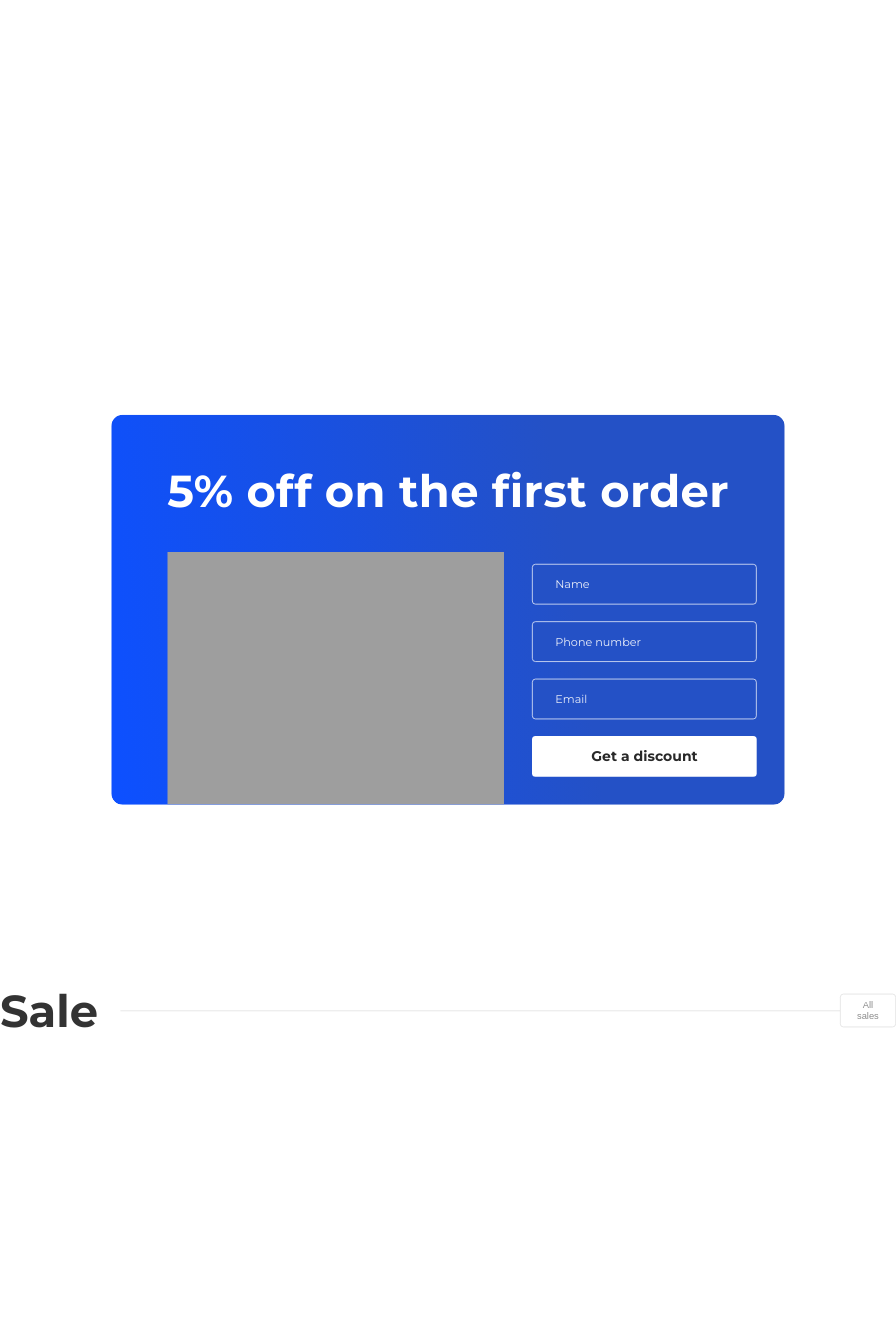
Repository: jursylian/PET-INTERNET-SHOP-PROJECT
Page: /
These files come from the project's save history. The page is drawn as it stood at one moment and after the next save; the edit follows.
The browser window is 1280 px wide. The pictures show the part of the page from y = 942 to 2862 px (the page is 3881 px tall), at 70% of full size.
Pictures or frames that could not be fetched are drawn as grey boxes. The page's requests for data from a server got no answer. The project was rebuilt for these pictures with package versions that can differ from the ones it lists, and the page was loaded fresh each time. No one was signed in, and anything a server would have sent is missing. Also part of the build but not shown: vite.config.js, src/pages/CategoriesAll/CategoriesAll.module.css, src/layouts/PageSection/PageSection.module.css, src/layouts/PageSection/PageSection.jsx, src/pages/CategoriesAll/CategoriesAll.jsx, src/redux/productsSelectors.js, src/components/ProductFilter/ProductFilter.module.css, src/components/ProductFilter/ProductFilter.jsx and 22 more.

Above is the page before, as saved 2025-11-06 18:19:42.

### index.html
<!DOCTYPE html>
<html lang="en">
  <head>
    <meta charset="UTF-8" />
    <link rel="icon" type="image/svg+xml" href="/vite.svg" />
    <link
      href="https://fonts.googleapis.com/css2?family=Montserrat:wght@400;500;700&display=swap"
      rel="stylesheet"
    />

    <meta name="viewport" content="width=device-width, initial-scale=1.0" />
    <title>pet-internet-shop-project</title>
  </head>
  <body>
    <div id="root"></div>
    <script type="module" src="/src/main.jsx"></script>
  </body>
</html>

### src/main.jsx
import React from "react";
import ReactDOM from "react-dom/client";
import App from "./App";
import { Provider } from "react-redux";
import store from "./redux/store";
import { BrowserRouter } from "react-router-dom";
import "./index.css";

ReactDOM.createRoot(document.getElementById("root")).render(
  <BrowserRouter>
    <Provider store={store}>
      <App />
    </Provider>
  </BrowserRouter>
);

### src/App.jsx
import "./App.css";
import AppRouter from "./router/AppRouter";

function App() {
  return (
    <>
      <AppRouter />
    </>
  );
}

export default App;

### src/index.css
* {
  margin: 0;
  padding: 0;
  box-sizing: border-box;
}

body {
  font-family: "Montserrat";
  font-size: 16px;
  line-height: 1.5;
  color: #333;
}

.text-decoration-none {
  text-decoration: none;
}

### src/router/AppRouter.jsx
import { Routes, Route } from "react-router-dom";
import MainLayout from "../layouts/MainLayout/MainLayout";

import Home from "../pages/Home/Home";
import CategoriesAll from "../pages/CategoriesAll/CategoriesAll";
import AllProducts from "../pages/AllProducts/AllProducts";
import ProductDescription from "../pages/ProductDescription/ProductDescription";
import Cart from "../pages/Cart/Cart";
import NotFound from "../pages/NotFound/NotFound";
import AllSales from "../pages/AllSales/AllSales";
import CategoryPage from "../pages/CategoryPage/CategoryPage";

function AppRouter() {
  return (
    <Routes>
      <Route element={<MainLayout />}>
        <Route path="/" element={<Home />} />
        <Route path="/categories" element={<CategoriesAll />} />
        <Route path="/categories/:categoryId" element={<CategoryPage />} />
        <Route path="/discounts" element={<AllSales />} />
        <Route path="/products" element={<AllProducts />} />
        <Route path="/product/:productId" element={<ProductDescription />} />
        <Route path="/cart" element={<Cart />} />
        <Route path="*" element={<NotFound />} />
      </Route>
    </Routes>
  );
}

export default AppRouter;

### src/layouts/MainLayout/MainLayout.jsx
import { Outlet } from "react-router-dom";
import Header from "../Header/Header";
import Footer from "../Footer/Footer";

export default function MainLayout() {
  return (
    <>
      <Header />
      <main className="container mx-auto p-4 min-h-[80vh]">
        <Outlet />
      </main>
      <Footer />
    </>
  );
}

### src/pages/Home/Home.jsx
import Categories from "../../components/Categories/Categories";
import PromoBanner from "../../components/PromoBanner/PromoBanner";
import DiscountForm from "../../components/DiscountForm/DiscountForm";
import Sales from "../../components/Sales/Sales";
import styles from "./Home.module.css";

function Home() {
  return (
    <main className={styles.wrapper}>
      <PromoBanner />
      <Categories />
      <DiscountForm />
      <Sales />
    </main>
  );
}

export default Home;

### src/layouts/Header/Header.jsx
import { Link, NavLink, useLocation } from "react-router-dom";
import { useSelector } from "react-redux";
import styles from "./Header.module.css";
import logo from "../../assets/logo.svg";
import cartIcon from "../../assets/cart-icon.svg";

function Header() {
  const items = useSelector((state) => state.cart.items);
  const totalQuantity = items.reduce((sum, item) => sum + item.quantity, 0);
  const location = useLocation();

  const currentPath = location.pathname;

  return (
    <header
      className={`${styles.header} ${
        currentPath !== "/" ? styles.withDivider : ""
      }`}
    >
      <div className={styles.left}>
        <Link to="/" className={styles.logo}>
          <img src={logo} alt="Логотип" />
        </Link>
      </div>

      <nav className={styles.nav}>
        {currentPath === "/" ? (
          <span className={styles.inactive}>Main Page</span>
        ) : (
          <NavLink to="/" end>
            Main Page
          </NavLink>
        )}

        {currentPath === "/categories" ? (
          <span className={styles.inactive}>Categories</span>
        ) : (
          <NavLink to="/categories">Categories</NavLink>
        )}

        {currentPath === "/products" ? (
          <span className={styles.inactive}>All Products</span>
        ) : (
          <NavLink to="/products">All Products</NavLink>
        )}

        {currentPath === "/discounts" ? (
          <span className={styles.inactive}>All Sales</span>
        ) : (
          <NavLink to="/discounts">All Sales</NavLink>
        )}
      </nav>

      <div className={styles.right}>
        <Link to="/cart" className={styles.cart}>
          <img src={cartIcon} alt="Корзина" />
          {totalQuantity > 0 && (
            <span className={styles.count}>{totalQuantity}</span>
          )}
        </Link>
      </div>
    </header>
  );
}

export default Header;

### src/layouts/Footer/Footer.jsx
import styles from "./Footer.module.css";
import chatIcon from "../../assets/ic-instagram.svg";
import phoneIcon from "../../assets/ic-whatsapp.svg";

export default function Footer() {
  return (
    <footer className={styles.footer}>
      <h3 className={styles.contact}>Contact</h3>
      <div className={styles.info}>
        <div className={styles.container}>
          <div className={styles.card}>
            <p className={styles.text}>Phone</p>
            <p className={styles.textInfo}>+49 30 915-88492</p>
          </div>
          <div className={styles.icons}>
            <p className={styles.text}>Socials</p>
            <div className={styles.socialsMedien}>
              <img src={chatIcon} alt="Chat" />
              <img src={phoneIcon} alt="Phone" />
            </div>
          </div>
        </div>

        <div className={styles.container}>
          <div className={styles.card}>
            <p className={styles.text}>Address</p>
            <p className={styles.textInfo}>
              Wallstraẞe 9-13, 10179 Berlin, Deutschland
            </p>
          </div>
          <div className={styles.icons}>
            <p className={styles.text}>Working Hours</p>
            <p className={styles.textInfo}>24 hours a day</p>
          </div>
        </div>
      </div>
      <div className={styles.map}>
        <iframe
          className={styles.iframe}
          src="https://www.google.com/maps/embed?pb=!1m18!1m12!1m3!1d3642.428115488763!2d13.40018838277564!3d52.5113162995337!2m3!1f0!2f0!3f0!3m2!1i1024!2i768!4f13.1!3m3!1m2!1s0x47a84e27db4748a5%3A0x1d538c01013c2c7!2sWallstra%C3%9Fe%209-13%2C%2010179%20Berlin!5e0!3m2!1suk!2sde!4v1760550313224!5m2!1suk!2sde"
          width="600"
          height="450"
          style={{ border: 0 }}
          allowFullScreen=""
          loading="lazy"
          referrerPolicy="no-referrer-when-downgrade"
        ></iframe>
      </div>
    </footer>
  );
}

### src/components/Categories/Categories.jsx
import { useNavigate } from "react-router-dom";
import { useEffect, useState } from "react";
import axios from "axios";
import styles from "./Categories.module.css";

const Categories = () => {
  const navigate = useNavigate();
  const [categories, setCategories] = useState([]);

  useEffect(() => {
    const fetchCategories = async () => {
      try {
        const res = await axios.get("http://localhost:3333/categories/all");
        setCategories(res.data.slice(0, 4));
      } catch (err) {
        console.error("Ошибка загрузки категорий:", err);
      }
    };

    fetchCategories();
  }, []);

  return (
    <section className={styles.categories}>
      <div className={styles.header}>
        <h2 className={styles.title}>Categories</h2>
        <div className={styles.line}></div>
        <button
          onClick={() => navigate("/categories")}
          className={styles.showAllBtn}
        >
          All categories
        </button>
      </div>

      <div className={styles.cards}>
        {categories.map(({ id, title, image }) => (
          <div
            key={id}
            className={styles.card}
            onClick={() => navigate(`/categories/${id}`)}
          >
            <img
              src={`http://localhost:3333${image}`}
              alt={title}
              className={styles.image}
            />
            <p className={styles.label}>{title}</p>
          </div>
        ))}
      </div>
    </section>
  );
};

export default Categories;

### src/components/PromoBanner/PromoBanner.jsx
import { Link } from "react-router-dom";
import styles from "./PromoBanner.module.css";
import bannerImage from "../../assets/background.png";

function PromoBanner() {
  return (
    <section className={styles.hero}>
      <img src={bannerImage} alt="Баннер" className={styles.image} />

      <div className={styles.content}>
        <h1>
          Amazing Discounts <br />
          on Pets Products!
        </h1>

        <Link to="/discounts" className={styles.button}>
          Check out
        </Link>
      </div>
    </section>
  );
}

export default PromoBanner;

### src/pages/Home/Home.module.css
/* Home.module.css */
.wrapper {
  display: flex;
  flex-direction: column;
  gap: 80px;
  padding: 40px 0;
}

.section {
  display: flex;
  flex-direction: column;
  gap: 24px;
}

.title {
  font-size: 28px;
  font-weight: 600;
}

.grid {
  display: grid;
  grid-template-columns: repeat(auto-fill, minmax(220px, 1fr));
  gap: 24px;
}

.message {
  font-size: 16px;
  color: #555;
}

### src/layouts/Header/Header.module.css
.header {
  display: flex;
  align-items: center;
  justify-content: space-between;
  padding: 40px 80px;
  height: 128px;
  width: 100%;
  position: relative;
  background-color: #fff;
  z-index: 10;
}

.withDivider {
  border-bottom: 1px solid #e5e5e5;
}

.left,
.right {
  flex: 1;
  display: flex;
  align-items: center;
}

.left {
  justify-content: flex-start;
}

.right {
  justify-content: flex-end;
}

.logo img {
  height: 70px;
  display: block;
  transition: transform 0.3s ease;
}

.logo img:hover {
  transform: scale(1.2);
}

.nav {
  flex: 2;
  display: flex;
  justify-content: center;
  align-items: center;
  gap: 44px;
}

.nav a {
  text-decoration: none;
  color: #282828;
  font-weight: 500;
  font-size: 20px;
  transition: color 0.2s ease;
}

.nav a:hover {
  color: #007bff;
}

.active {
  color: #007bff;
  font-weight: 600;
}

.inactive {
  color: #8b8b8b;
  font-weight: 500;
  font-size: 20px;
  cursor: default;
  text-decoration: none;
  pointer-events: none;
}

.inactive:hover {
  color: #8b8b8b;
}

.cart {
  position: relative;
  display: flex;
  align-items: center;
}

.cart img {
  height: 44px;
}

.count {
  position: absolute;
  top: 0;
  left: -6px;
  background-color: #007bff;
  color: white;
  border-radius: 50%;
  font-size: 12px;
  font-weight: bold;
  width: 22px;
  height: 22px;
  display: flex;
  align-items: center;
  justify-content: center;
}

### src/layouts/Footer/Footer.module.css
.footer {
  width: 100%;
  max-width: 1360px;
  margin: 0 auto;
  padding-bottom: 10px;
}

.contact {
  font-size: 64px;
  margin-bottom: 40px;
}
.card {
  height: auto;
  background-color: #f1f3f4;
  display: flex;
}

.card p,
.icons p {
  margin: 0.5rem 0;
}
.icons {
  width: 100%;
  max-width: 100%;

  height: auto;
  background-color: #f1f3f4;
}
.card,
.icons {
  background-color: #f1f3f4;
  padding: 1rem;
  border-radius: 8px;
  box-shadow: 0 2px 6px rgba(0, 0, 0, 0.05);
  display: flex;
  flex-direction: column;
  justify-content: center;
  gap: 0.5rem;
  transition: transform 0.3s ease, box-shadow 0.3s ease;

  flex: 1;
  min-height: 150px;
  height: 100%;
}
.card:hover,
.icons:hover {
  transform: translateY(-8px) scale(1.02);
  box-shadow: 0 8px 20px rgba(0, 0, 0, 0.1);
}

.container {
  display: grid;
  grid-template-columns: 2fr 1fr;
  gap: 32px;
  margin-bottom: 32px;
}
.icons img {
  width: 32px;
  height: 32px;
  object-fit: contain;
  transition: transform 0.3s ease;
  margin-right: 8px;
}
.text {
  font-family: Montserrat;
  font-weight: 500;
  font-style: Medium;
  font-size: 20px;
  color: #8b8b8b;
}
.textInfo {
  font-family: Montserrat;
  font-weight: 600;
  font-style: SemiBold;
  font-size: 40px;

  letter-spacing: 0%;
}
.socialsMedien {
  display: flex;
  flex-direction: row;
  gap: 16px;
}
.iframe {
  width: 100%;
  max-width: 100%;
  height: 350px;
  border-radius: 8px;
  display: block;
}
@media (max-width: 1024px) {
  .container {
    display: flex;
    flex-direction: column;
    gap: 32px;
  }
  .contact {
    font-size: 44px;
    text-align: center;
  }
  .card,
  .icons {
    width: 100%;
    min-height: 300px;
    height: auto;
  }

  .footer {
    margin-left: 1rem;
    margin-right: 1rem;
  }
  .iframe {
    height: 300px;
  }
}

@media (max-width: 600px) {
  .container {
    display: flex;
    flex-direction: column;
    gap: 32px;
  }
  .contact {
    font-size: 34px;
    margin-bottom: 10px;
    text-align: center;
  }

  .textInfo {
    font-size: 24px;
    text-align: calc();
  }

  .text {
    font-size: 16px;
    text-align: center;
  }
  .socialsMadien {
    justify-content: center;
    flex-wrap: wrap;
  }
  .icons img {
    width: 28px;
    height: 28px;
  }
  .iframe {
    height: 250px;
  }
  .card,
  .icons {
    flex-direction: column;
    align-items: center;
    width: 100%;
  }
}

### src/components/Categories/Categories.module.css
.categories {
  height: auto;
  min-height: 560px;
  border-radius: 10px;
  width: 100%;
  max-width: 1360px;
  margin: 0 auto;
  padding-bottom: 10px;
  margin-top: 106px;
}

.header {
  display: flex;
  align-items: center;
  margin-bottom: 40px;
  gap: 0; /* чтобы элементы были вплотную */
}

.title {
  font-family: Montserrat;
  font-weight: 700;
  font-size: 64px;
  margin-right: 32px;
  white-space: nowrap;
}

.line {
  flex: 1;
  height: 1px;
  background-color: #dddddd;
  margin-right: -1px; /* чтобы линия прямо “врезалась” в кнопку */
}

.showAllBtn {
  border: 1px solid #dddddd;
  border-radius: 5px;
  background-color: white;
  padding: 8px 16px;
  color: #8b8b8b;
  cursor: pointer;
  transition: all 0.3s ease;
  margin-left: 0; /* убираем отступ между линией и кнопкой */
}

.showAllBtn:hover {
  background-color: #7e7b7b;
  color: white;
  transform: translateY(-2px);
  box-shadow: 0 4px 8px rgba(0, 0, 0, 0.1);
}

.showAllBtn:active {
  background-color: #0d50ff;
  transform: scale(0.98);
  box-shadow: inset 0 2px 4px rgba(0, 0, 0, 0.2);
}

.cards {
  display: flex;
  flex-wrap: wrap;
  gap: 32px;
  justify-content: center;
}

.card {
  position: relative;
  text-align: center;
  cursor: pointer;
}

.image {
  width: 316px;
  height: 350px;
  object-fit: cover;
  border-radius: 12px;
  transition: transform 0.3s ease, box-shadow 0.3s ease;
}

.image:hover {
  transform: translateY(-6px) scale(1.1);
  box-shadow: 0 8px 16px rgba(0, 0, 0, 0.1);
}

.label {
  font-weight: 500;
  font-size: 20px;
  color: #282828;
  margin-top: 16px;
  line-height: 130%;
}

@media (max-width: 768px) {
  .header {
    flex-direction: column;
    align-items: center;
    gap: 16px;
  }

  .title {
    font-size: 36px;
    margin-right: 0;
  }

  .line {
    width: 100%;
    margin-right: 0;
  }

  .showAllBtn {
    font-size: 14px;
    padding: 6px 10px;
  }

  .cards {
    flex-direction: column;
    align-items: center;
    gap: 20px;
  }
}

### src/components/PromoBanner/PromoBanner.module.css
.hero {
  position: relative;
  width: 100%;
  height: 520px;
  overflow: hidden;
  margin-top: -40px;
}

.image {
  position: absolute;
  top: 0;
  left: 0;
  width: 100%;
  height: 100%;
  object-fit: cover;
  z-index: 1;
}

.content {
  position: relative;
  z-index: 2;
  color: #fff;
  text-align: left;
  padding-left: 80px;
  transform: translateY(50px);
}

.content h1 {
  font-size: 96px;
  font-weight: 700;
  margin-bottom: 40px;
  line-height: 1.1;
}

.button {
  display: inline-block;
  background: #0d50ff;
  color: #fff;
  font-weight: 600;
  font-size: 20px;
  border: none;
  border-radius: 8px;
  cursor: pointer;
  transition: background-color 0.2s ease, transform 0.2s ease;
  padding: 16px 36px;
  text-decoration: none;
  box-sizing: border-box;
}

.button:hover {
  background-color: #0036cc;
  transform: translateY(-3px);
  box-shadow: 0px 12px 20px rgba(13, 80, 255, 0.4);
}

### src/ui/Input/Input.jsx
import styles from "./Input.module.css";

const Input = ({
  type = "text",
  name,
  placeholder,
  value,
  onChange,
  error,
}) => {
  return (
    <div className={styles.field}>
      <input
        type={type}
        name={name}
        placeholder={placeholder}
        value={value}
        onChange={onChange}
        className={`${styles.input} ${error ? styles.errorBorder : ""}`}
      />
      {error && <p className={styles.error}>{error}</p>}
    </div>
  );
};

export default Input;

### src/ui/Button/Button.jsx
import { useState } from "react";
import styles from "./Button.module.css";

const Button = ({ children, onClick, type = "button", disabled = false }) => {
  const [submitted, setSubmitted] = useState(false);

  const handleClick = async (e) => {
    if (onClick) {
      const result = await onClick(e);

      if (result === true) {
        setSubmitted(true);
        setTimeout(() => setSubmitted(false), 3000);
      }
    }
  };

  return (
    <button
      type={type}
      onClick={handleClick}
      className={`${styles.button} ${submitted ? styles.submitted : ""}`}
      disabled={disabled || submitted}
    >
      {submitted ? "Request submitted" : children}
    </button>
  );
};

export default Button;

### src/components/DiscountForm/DiscountForm.module.css
.wrapper {
  max-width: 1395px;
  margin: 60px auto;
  border-radius: 16px;
  overflow: hidden;
}

.discountSection {
  position: relative;
  background: linear-gradient(261.47deg, #2451c6 32.63%, #0d50ff 98.96%);
  border-radius: 16px;
  padding: 60px 80px 0;
  display: flex;
  flex-direction: column;
  justify-content: space-between;
  min-height: 485px;
  overflow: hidden;
}

.title {
  color: #ffffff;
  font-weight: 800;
  font-size: 64px;
  text-align: center;
  margin-bottom: 40px;
  letter-spacing: 0.5px;
}

.content {
  display: flex;
  justify-content: space-between;
  align-items: flex-end;
  position: relative;
  gap: 40px;
}

.imageWrap {
  flex: 0 0 60%;
  display: flex;
  align-items: flex-end;
  justify-content: flex-start;
}

.animals {
  width: 100%;
  height: auto;
  object-fit: contain;
  transform: translateY(o);
}

.form {
  flex: 0 0 40%;
  display: flex;
  flex-direction: column;
  gap: 24px;
  align-items: stretch;
  justify-content: flex-end;
  padding-bottom: 40px;
}

@media (max-width: 1024px) {
  .discountSection {
    padding: 40px 24px;
  }

  .title {
    font-size: 42px;
    margin-bottom: 24px;
  }

  .content {
    flex-direction: column;
    align-items: center;
    gap: 32px;
  }

  .form {
    width: 100%;
    max-width: 380px;
    padding-bottom: 20px;
  }

  .imageWrap {
    justify-content: center;
  }

  .animals {
    width: 90%;
    transform: translateY(10px);
  }
}

@media (max-width: 600px) {
  .title {
    font-size: 32px;
  }

  .form {
    gap: 16px;
  }
}

### src/ui/Input/Input.module.css
.field {
  width: 100%;
  display: flex;
  flex-direction: column;
}

.input {
  padding: 16px 32px;
  width: 100%;
  height: 58px;
  border-radius: 5px;
  border: 1px solid #ffffff;
  background-color: #2451c6;
  color: #ffffff;
  font-size: 18px;
  font-family: Montserrat;
}

.input::placeholder {
  color: white;
  opacity: 0.9;
  font-size: 16px;
}

.error {
  font-size: 14px;
  color: #ffcccc;
  margin-top: 4px;
}

.errorBorder {
  border-color: #ff5555;
}

### src/ui/Button/Button.module.css
.button {
  padding: 16px 32px;
  width: 100%;
  height: 58px;
  font-family: Montserrat, sans-serif;
  font-weight: 600;
  font-size: 20px;
  border: none;
  border-radius: 5px;
  cursor: pointer;
  background-color: #fff;
  color: #282828;
  transition: all 0.3s ease;
}

/* при наведении */
.button:hover {
  background-color: #282828;
  color: #fff;
}

/* активное состояние (после отправки) */
.button.submitted {
  background-color: #fff;
  color: #0d50ff;
  border: 2px solid #0d50ff;
  cursor: default;
  transition: all 0.3s ease;
}

/* убираем hover для состояния submitted */
.button.submitted:hover {
  background-color: #fff;
  color: #0d50ff;
}

Loaded but not shown: src/redux/productSlice.js (51 lines, source omitted); src/redux/cartSlice.js (38 lines, source omitted); src/redux/store.js (12 lines, source omitted); src/components/DiscountForm/DiscountForm.jsx (91 lines, source omitted); src/components/Sales/Sales.jsx (89 lines, source omitted); src/components/Sales/Sales.module.css (156 lines, source omitted); src/App.css (no stored copy; drawn as an empty file)

After the next save:
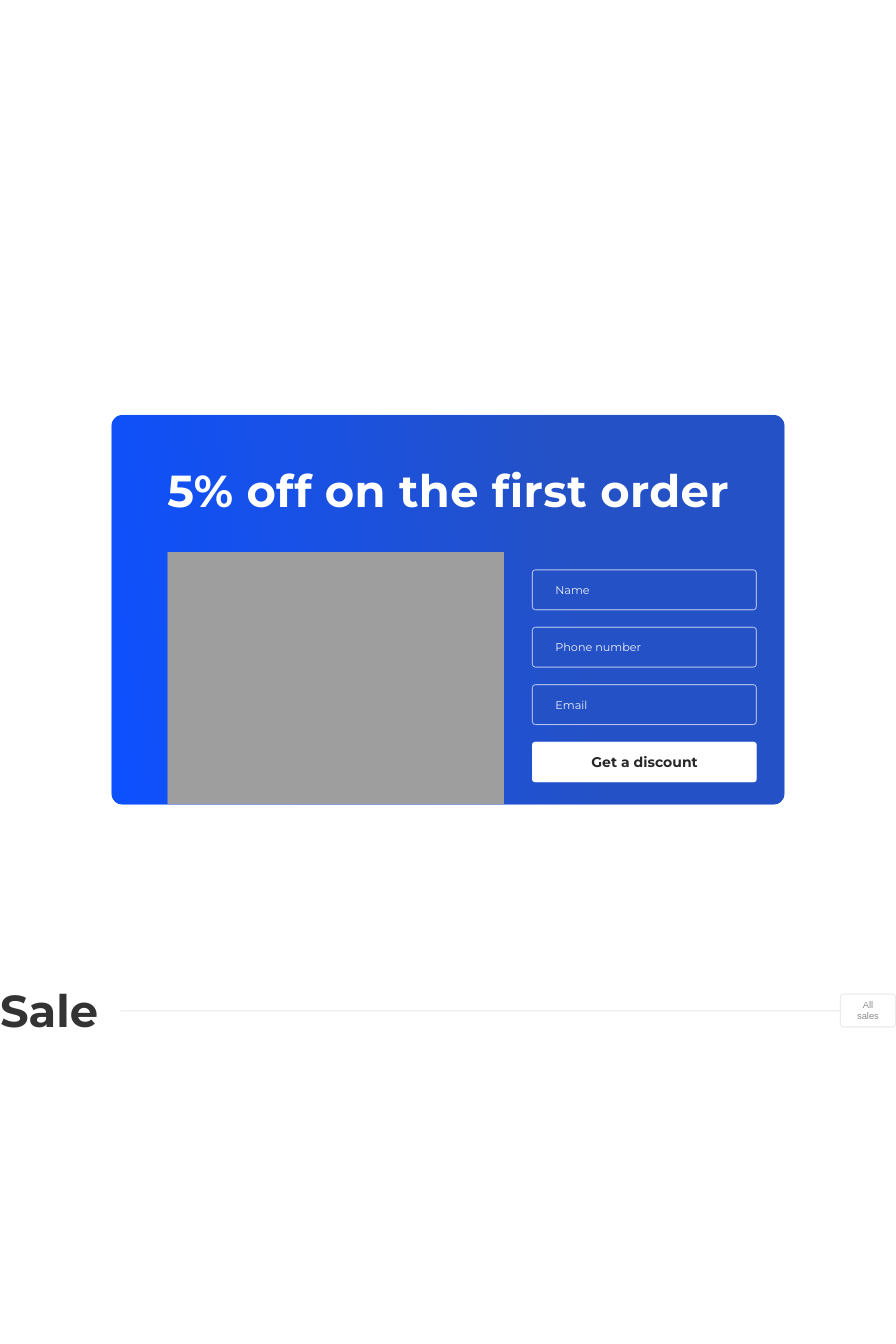
Saved 2 min 44 s later.
--- a/src/components/DiscountForm/DiscountForm.module.css
+++ b/src/components/DiscountForm/DiscountForm.module.css
@@ -55,7 +55,7 @@
   gap: 24px;
   align-items: stretch;
   justify-content: flex-end;
-  padding-bottom: 40px;
+  padding-bottom: 32px;
 }
 
 @media (max-width: 1024px) {
